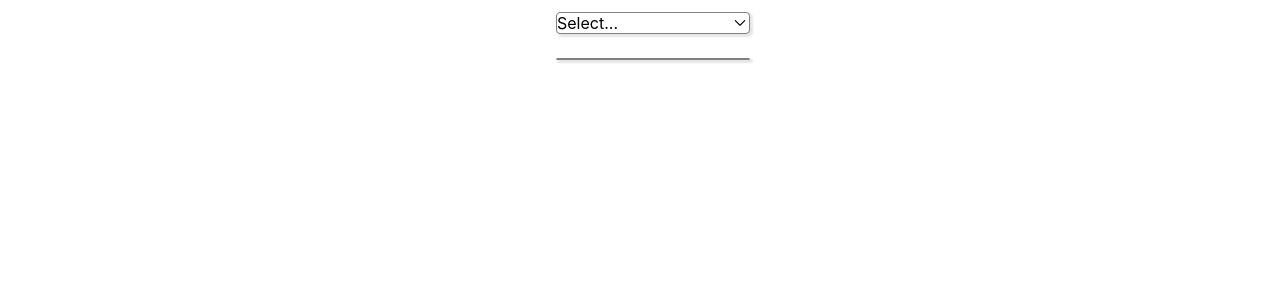
Repository: Jimmy-Lu-iK/Demo-UI
Page: /
An editor plug-in stored every save of this project. The page is shown before and after the next save, followed by the edit.
The browser window is 1280 px wide. The pictures show the whole page.
The project was rebuilt for these pictures with package versions that can differ from the ones it lists, and the page was loaded fresh each time. Also part of the build but not shown: src/components/Calculator.css, src/components/Calculator.js.

Above is the page before, as saved 2023-03-16 22:41:09.

### src/App.js
import { useState } from 'react';
import './App.css';
import Calculator from './components/Calculator';
import Dropdown from './components/Dropdown';

const options = ['Apple', 'Banana', 'Peach', 'Kiwi', 'Orange']

const App = () => {
  return (
    <div className='app'>
      {/* <Calculator /> */}
      <Dropdown options={options} />
    </div>
  )
};


export default App;

### src/App.css
.app {
  display: flex;
  flex-direction: column;
  align-items: center;
  justify-content: center;
}

.calendar {
  display: flex;
  flex-direction: column;
}

.row {
  display: flex;
}

.item {
  background-color: yellow;
  border: 1px solid black;
}

### src/components/Dropdown.js
import { useEffect, useState, useRef } from 'react'
import { GoChevronDown } from 'react-icons/go'
import './Dropdown.css'

export default function Dropdown({ options }) {
  const [isOpen, setIsOpen] = useState(false)
  const [selected, setSelected] = useState(null)
  const divElement = useRef()
  const optionsPanelRef = useRef()

  useEffect(() => {
    const handler = (event) => {
      if(divElement.current && !divElement.current.contains(event.target)) {
        setIsOpen(false)
      }
    };

    document.addEventListener('click', handler, true)

    return () => {
        document.removeEventListener('click', handler)
    };
  }, [])

  useEffect(() => {
    if(optionsPanelRef.current) {
      if (isOpen) {
        optionsPanelRef.current.style.maxHeight = `${optionsPanelRef.current.scrollHeight}px`;
      } else {
        optionsPanelRef.current.style.maxHeight = '0';
      }
    }
  }, [isOpen]);

  const handleClick = () => {
    setIsOpen((currentIsOpen) => !currentIsOpen);
  }

  const handleOptionClick = (option) => {
    setSelected(option)
    setIsOpen(false);
  }

  const renderedOptions = options.map((option) => {
    if(option && selected && option === selected) {
        return undefined;
    } else {
      return (
        <div className='option' key={option} onClick={() => handleOptionClick(option)}>
            {option}
        </div>
      )
    }
  }).filter(item => item !== undefined)

  return (
    <div ref={divElement} className="dropdown">
        <div
            className="select-panel panel"
            onClick={handleClick}
        >
            {selected || 'Select...'}
            <GoChevronDown className="chevron-down-icon"/>
        </div>
        <div ref={optionsPanelRef} className={`options-panel panel${isOpen ? ' show' : ' hidden'}`}>{isOpen && renderedOptions}</div>
    </div>
  )
}

### src/components/Dropdown.css
@keyframes slide-down{
  0%{transform:scale(1,0);}
  100%{transform:scale(1,1);}
}

@-webkit-keyframes slide-down{
  0%{-webkit-transform:scale(1,0);}
  100%{-webkit-transform:scale(1,1);}
}

@keyframes slide-up{
  0%{transform:scale(1,1);}
  100%{transform:scale(1,0);}
}

@-webkit-keyframes slide-up{
  0%{-webkit-transform:scale(1,1);}
  100%{-webkit-transform:scale(1,0);}
}

.dropdown {
  position: relative;
  width: 12rem;
}

.panel {
  background-color: white;
  border: 1px solid gray;
  border-radius: 0.25rem;
  margin: 0.75rem;
  width: 100%;
  box-shadow: 2px 2px 2px 1px rgba(131, 130, 130, 0.2);
}

.select-panel {
  display: flex;
  justify-content: space-between;
  align-items: center;
  cursor: pointer;
}

.options-panel {
  position: absolute;
  top: 100%;
  overflow: hidden
}

.chevron-down-icon {
  font-size: large;
}

.option {
  border-radius: 0.25rem;
  cursor: pointer;
  padding: 0.25rem;
}

.option:hover {
  background-color: #cce2ff;
}

.show {
  max-height: 200px;
  transition: max-height .3s ease-in;
  transform-origin: 50% 0;
  animation: slide-down 0.3s ease-in;
  -webkit-animation: slide-down 0.3s ease-in;
}

.hidden {
  max-height: 0px;
  transition: max-height .3s ease-out;
  transform-origin: 50% 0;
  animation: slide-up 0.3s ease-in;
  -webkit-animation: slide-up 0.3s ease-in;
}

Loaded but not shown: public/index.html (common file); src/index.js (common file); src/index.css (common file)

After the next save:
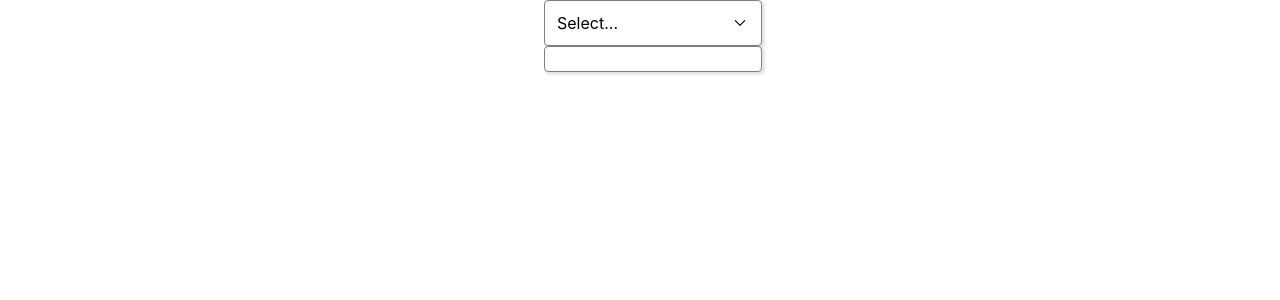
Saved 21 s later.
--- a/src/components/Dropdown.css
+++ b/src/components/Dropdown.css
@@ -27,7 +27,7 @@
   background-color: white;
   border: 1px solid gray;
   border-radius: 0.25rem;
-  margin: 0.75rem;
+  padding: 0.75rem;
   width: 100%;
   box-shadow: 2px 2px 2px 1px rgba(131, 130, 130, 0.2);
 }
